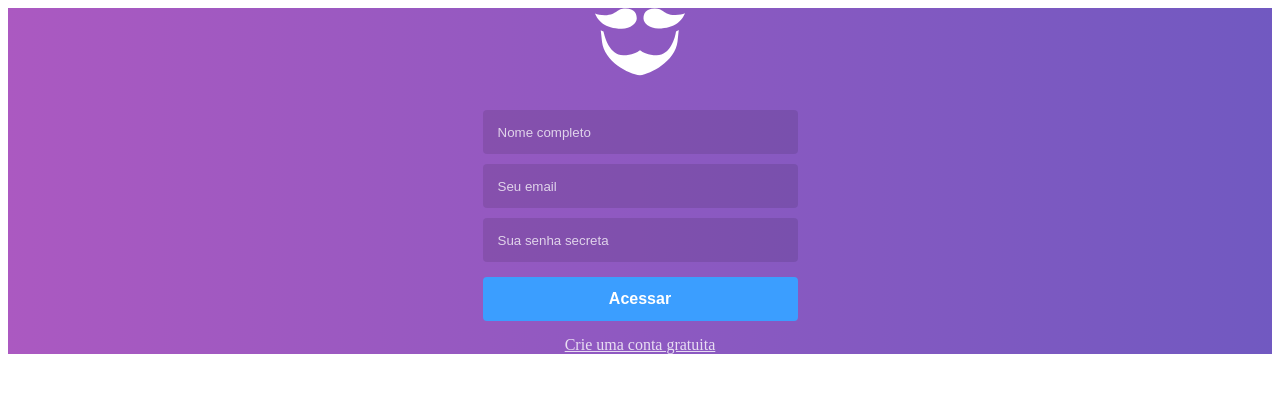
Repository: vadyvarela/gobarberweb
Page: /register
These files come from the project's save history. The page is drawn as it stood at one moment and after the next save; the edit follows.
The browser window is 1280 px wide. The pictures show the whole page.
The project was rebuilt for these pictures with package versions that can differ from the ones it lists, and the page was loaded fresh each time. Also part of the build but not shown: src/pages/_layout/default/styles.js, src/pages/_layout/default/index.js, src/pages/SignIn/index.js, src/pages/Dashboard/index.js, src/pages/Profile/index.js.

Above is the page before, as saved 2019-12-01 22:12:45.

### src/App.js
import React from 'react';
import { Router } from 'react-router-dom';

import './config/ReactotronConfig';

import Routes from './routes';
import history from './services/history';

import GlobalStyle from './styles/global';

function App() {
    return (
        <Router history={history}>
            <Routes />
        </Router>
    );
}

export default App;

### src/config/ReactotronConfig.js
import Reactotron from 'reactotron-react-js';

if(process.env.NODE_ENV === 'development') {
    const tron = Reactotron.configure().connect();

    tron.clear();

    console.tron = tron;
}

### src/routes/index.js
import React from 'react';
import { Switch } from 'react-router-dom';
import Route from './Route';

import SignIn from '../pages/SignIn';
import SignUp from '../pages/SignUp';

import Dashboard from '../pages/Dashboard';
import Profile from '../pages/Profile';

export default function Routes() {
    return (
        <Switch>
            <Route path="/" exact component={SignIn} />
            <Route path="/register" component={SignUp} />
            <Route path="/dashboard" component={Dashboard} isPrivate />
            <Route path="/profile" component={Profile} isPrivate />
        </Switch>
    );
}

### src/services/history.js
import { createBrowserHistory } from 'history';

const history = createBrowserHistory();

export default history;

### src/styles/global.js
import { createGlobalStyle } from 'styled-components';

export default createGlobalStyle`
    @import url('https://fonts.googleapis.com/css?family=Roboto:400,700&display=swap');

    *{
       margin: 0;
       padding: 0;
       outline: 0;
       box-sizing: border-box;
    }

    *:focus{
        outline: 0;
    }

    html, body, #root{
        height: 100%;
    }

    body {
        -webkit-font-smoothing: antialiased;
    }

    body, input, button{
        font: 14px 'Roboto', sans-serif;
    }

    a{
        text-decoration: none;
    }
    ul{
        list-style: none;
    }
    button{
        cursor: pointer;
    }

`;

### src/routes/Route.js
/* eslint-disable react/jsx-props-no-spreading */
import React from 'react';
import PropTypes from 'prop-types';
import { Route, Redirect } from 'react-router-dom';

import AuthLayout from '~/pages/_layout/auth';
import DefaultLayout from '~/pages/_layout/default';

export default function RouteWrapper({
    component: Component,
    isPrivate,
    ...rest
}) {
    const signed = false;

    if (!signed && isPrivate) {
        return <Redirect to="/" />;
    }

    if (signed && !isPrivate) {
        return <Redirect to="/dashboard" />;
    }

    const Layout = signed ? DefaultLayout : AuthLayout;

    return (
        <Route
            {...rest}
            render={props => (
                <Layout>
                    <Component {...props} />
                </Layout>
            )}
        />
    );
}

RouteWrapper.propTypes = {
    isPrivate: PropTypes.bool,
    component: PropTypes.oneOfType([PropTypes.element, PropTypes.func])
        .isRequired,
};

RouteWrapper.defaultProps = {
    isPrivate: false,
};

### src/pages/SignUp/index.js
import React from 'react';
import { Link } from 'react-router-dom';
import logo from '~/assets/logo.svg';

export default function SignUp() {
    return (
        <>
            <img src={logo} alt="GoBarber" />

            <form>
                <input placeholder="Nome completo" />
                <input type="email" placeholder="Seu email" />
                <input type="password" placeholder="Sua senha secreta" />

                <button type="submit">Acessar</button>

                <Link to="/register"> Crie uma conta gratuita </Link>
            </form>
        </>
    );
}

### src/pages/_layout/auth/index.js
import React from 'react';
import PropTypes from 'prop-types';

import { Wrapper, Content } from './styles';

export default function AuthLayout({ children }) {
    return (
        <Wrapper>
            <Content>{children}</Content>
        </Wrapper>
    );
}

AuthLayout.propTypes = {
    children: PropTypes.element.isRequired,
};

### src/pages/_layout/auth/styles.js
import styled from 'styled-components';
import { darken } from 'polished';

export const Wrapper = styled.div`
    height: 100%;
    background: linear-gradient(-90deg, #7159c1, #ab59c1);
    display: flex;
    justify-content: center;
    align-items: center;
`;

export const Content = styled.div`
    width: 100%;
    max-width: 315px;
    text-align: center;

    form {
        display: flex;
        flex-direction: column;
        margin-top: 30px;

        input {
            background: rgba(0, 0, 0, 0.1);
            border: 0;
            border-radius: 4px;
            height: 44px;
            padding: 0 15px;
            color: #fff;
            margin: 0 0 10px;

            &::placeholder {
                color: rgba(255, 255, 255, 0.75);
            }
        }

        button {
            margin: 5px 0 0;
            height: 44px;
            background: #3b9eff;
            font-weight: bold;
            color: #fff;
            border: 0;
            border-radius: 4px;
            font-size: 16px;
            transition: background 0.2s;

            &:hover {
                background: ${darken(0.03, '#3b9eff')};
            }
        }
        a {
            color: #fff;
            margin-top: 15px;
            font-size: 16px;
            opacity: 0.8;

            &:hover {
                opacity: 1;
            }
        }
    }
`;

Loaded but not shown: public/index.html (common file); src/index.js (common file)

After the next save:
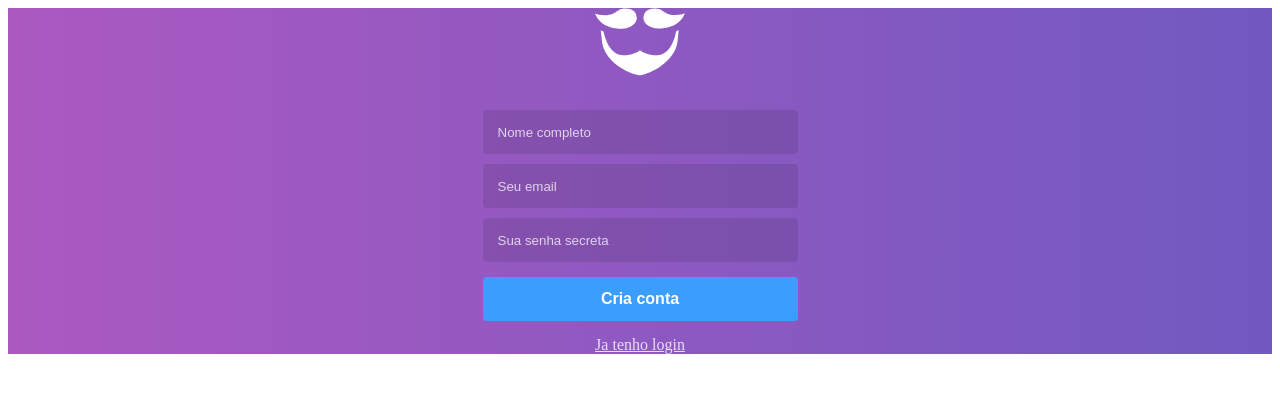
Saved 32 s later.
--- a/src/pages/SignUp/index.js
+++ b/src/pages/SignUp/index.js
@@ -12,9 +12,9 @@
                 <input type="email" placeholder="Seu email" />
                 <input type="password" placeholder="Sua senha secreta" />
 
-                <button type="submit">Acessar</button>
+                <button type="submit">Cria conta</button>
 
-                <Link to="/register"> Crie uma conta gratuita </Link>
+                <Link to="/"> Ja tenho login </Link>
             </form>
         </>
     );
